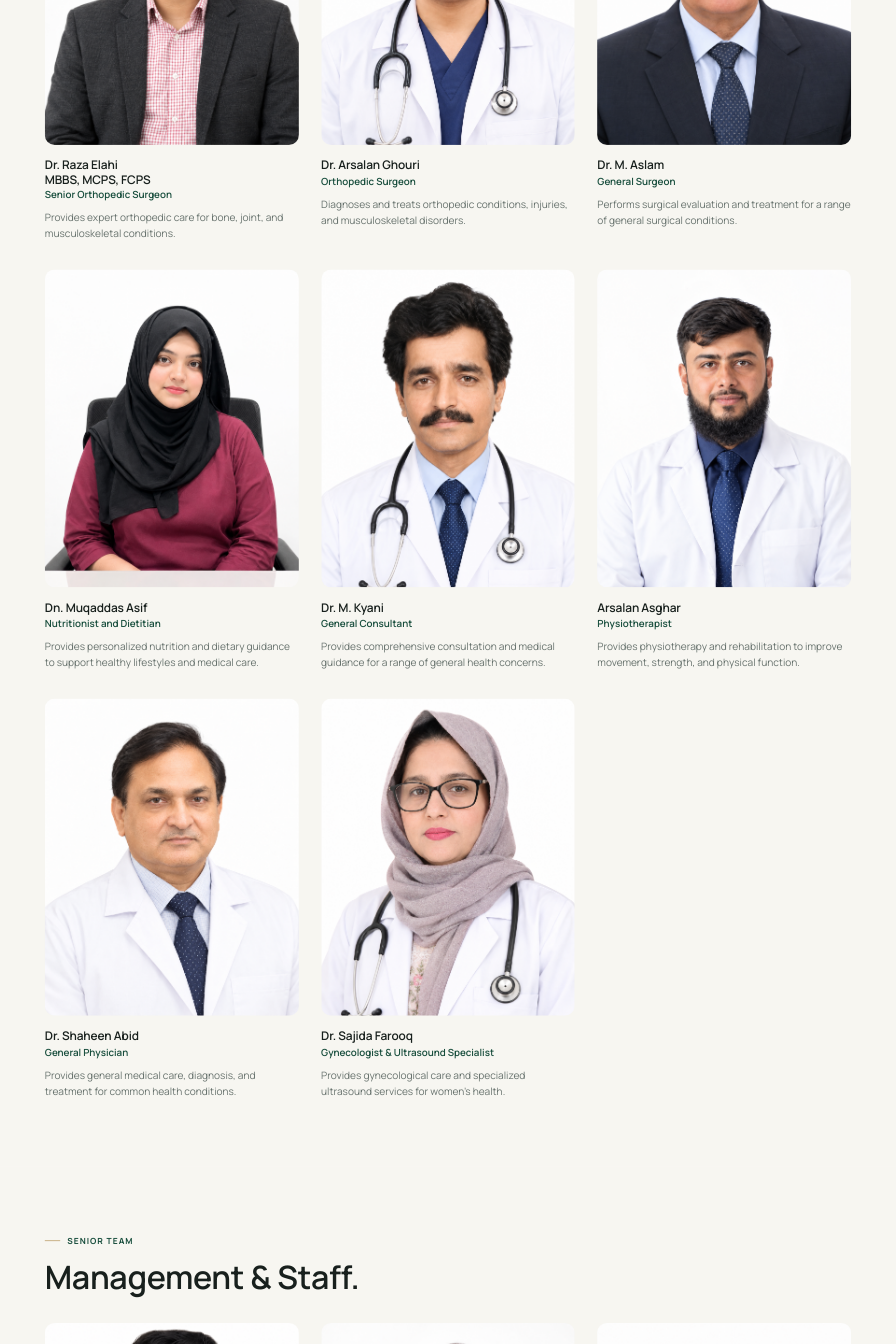
Repository: mraeesaziz45/al-farah
Page: team.html
An editor plug-in stored every save of this project. The page is shown before and after the next save, followed by the edit.
The browser window is 1280 px wide. The pictures show the part of the page from y = 1800 to 3720 px (the page is 5860 px tall before and 5905 px after), at 70% of full size.

Above is the page before, as saved 2026-09-28 17:57:24.

After the next save:
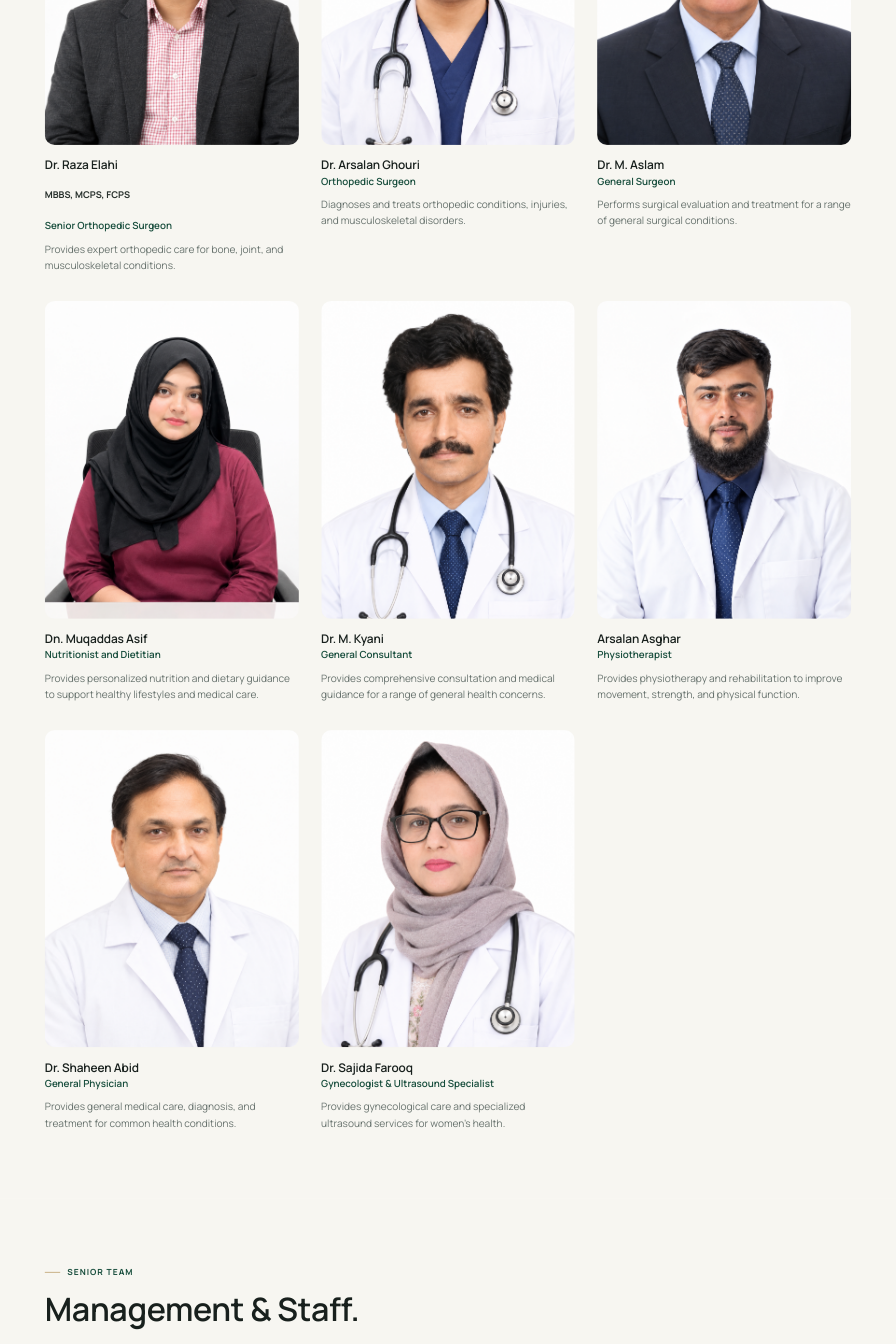
Saved 15 s later.
--- a/team.html
+++ b/team.html
@@ -96,7 +96,7 @@
             <img src="assets/images/team/dr-raza-elahi.png" alt="Portrait placeholder for the clinic accountant" width="1000" height="1250" loading="lazy" decoding="async">
           </div>
           <h3 class="h4">Dr. Raza Elahi</h3>
-          <h4 class="h4">MBBS, MCPS, FCPS</h2>
+          <h5 class="h6">MBBS, MCPS, FCPS</h2>
           <span class="role">Senior Orthopedic Surgeon</span>
           <p class="bio">Provides expert orthopedic care for bone, joint, and musculoskeletal conditions.</p>
         </div>
